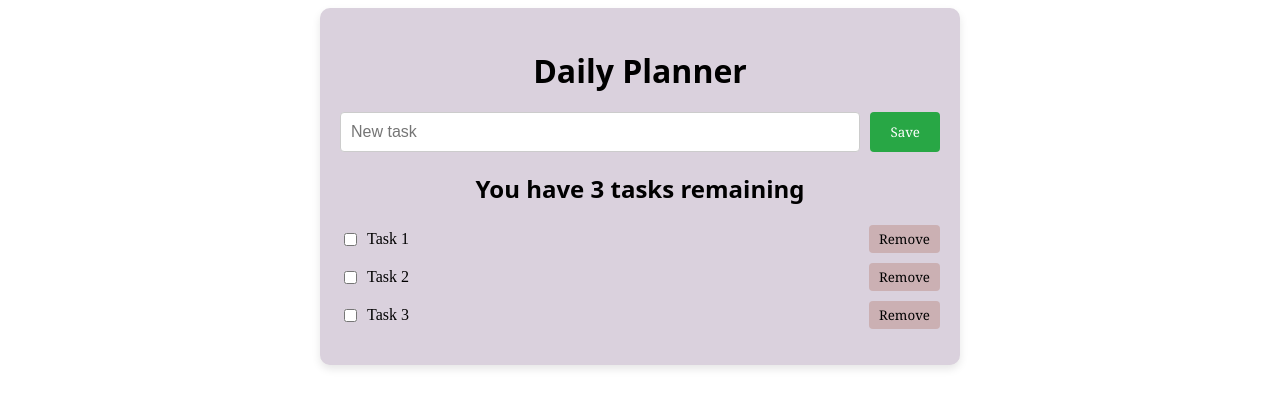
Repository: k8ANStar/lab04-daily-planner
Page: /
These files come from the project's save history. The page is drawn as it stood at one moment and after the next save; the edit follows.
The browser window is 1280 px wide. The pictures show the whole page.
The project was rebuilt for these pictures with package versions that can differ from the ones it lists, and the page was loaded fresh each time. Also part of the build but not shown: vite.config.js.

Above is the page before, as saved 2024-10-13 12:41:10.

After the next save:
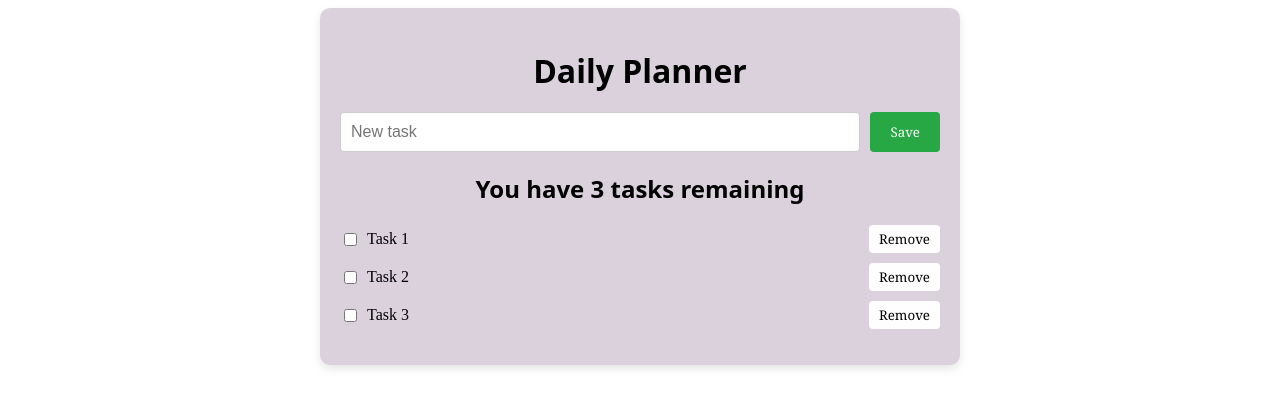
Saved 4 s later.
--- a/src/App.css
+++ b/src/App.css
@@ -71,7 +71,7 @@ h2 {
 
 .remove-btn {
 	padding: 5px 10px;
-	background-color: #cbb0b3;
+	background-color: #fefefe;
 	color: rgb(0, 0, 0);
 	border: 1px;
 	border-radius: 4px;
